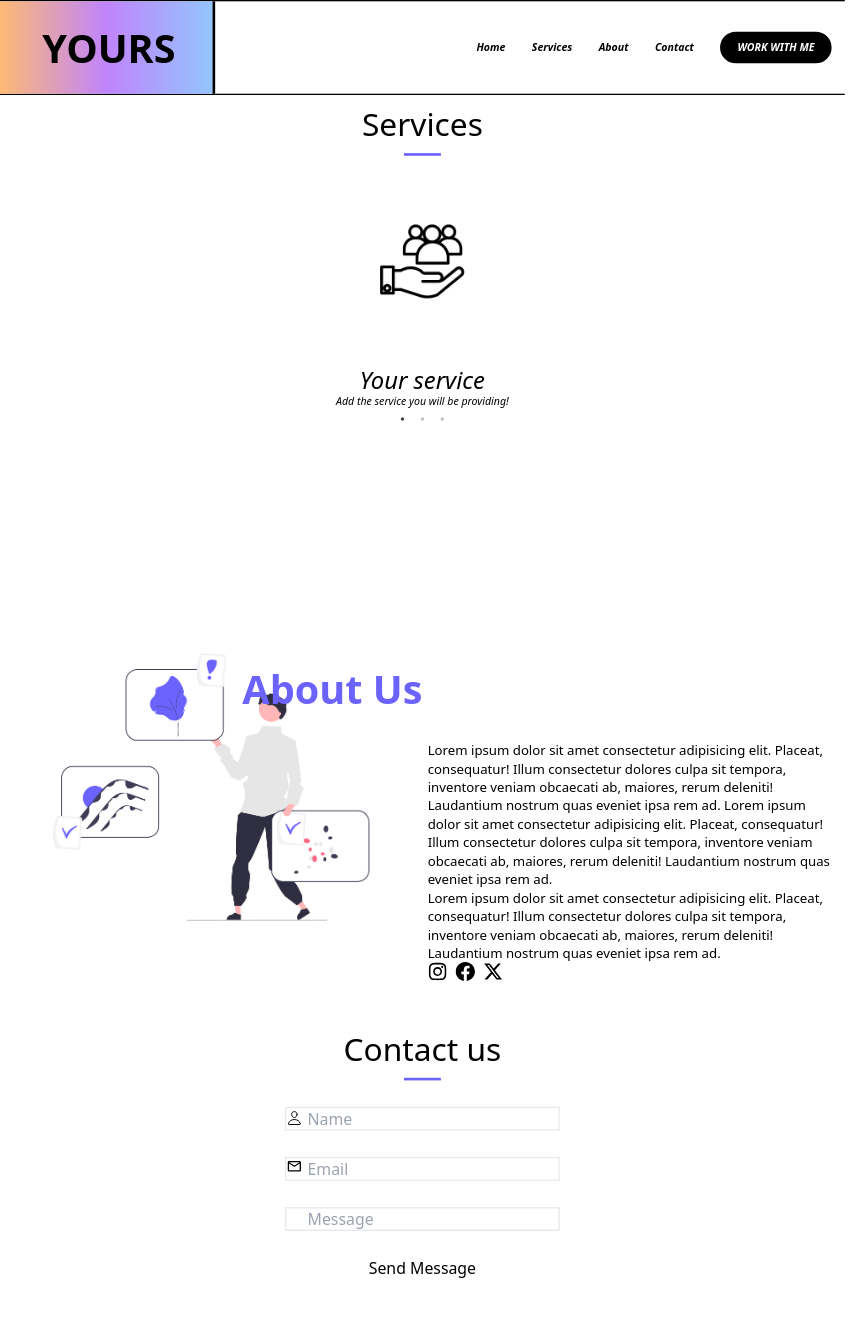
Repository: Al123Kudayyd/eportfolio
Page: /
These files come from the project's save history. The page is drawn as it stood at one moment and after the next save; the edit follows.
The browser window is 1280 px wide. The page is 1305 px wide, so the pictures cover 1305 px, including what lies to the right of the window. The pictures show the whole page, at 66% of full size.
The project was rebuilt for these pictures with package versions that can differ from the ones it lists, and the page was loaded fresh each time. Also part of the build but not shown: src/components/AboutService.jsx.

Above is the page before, as saved 2024-02-27 11:09:28.

After the next save:
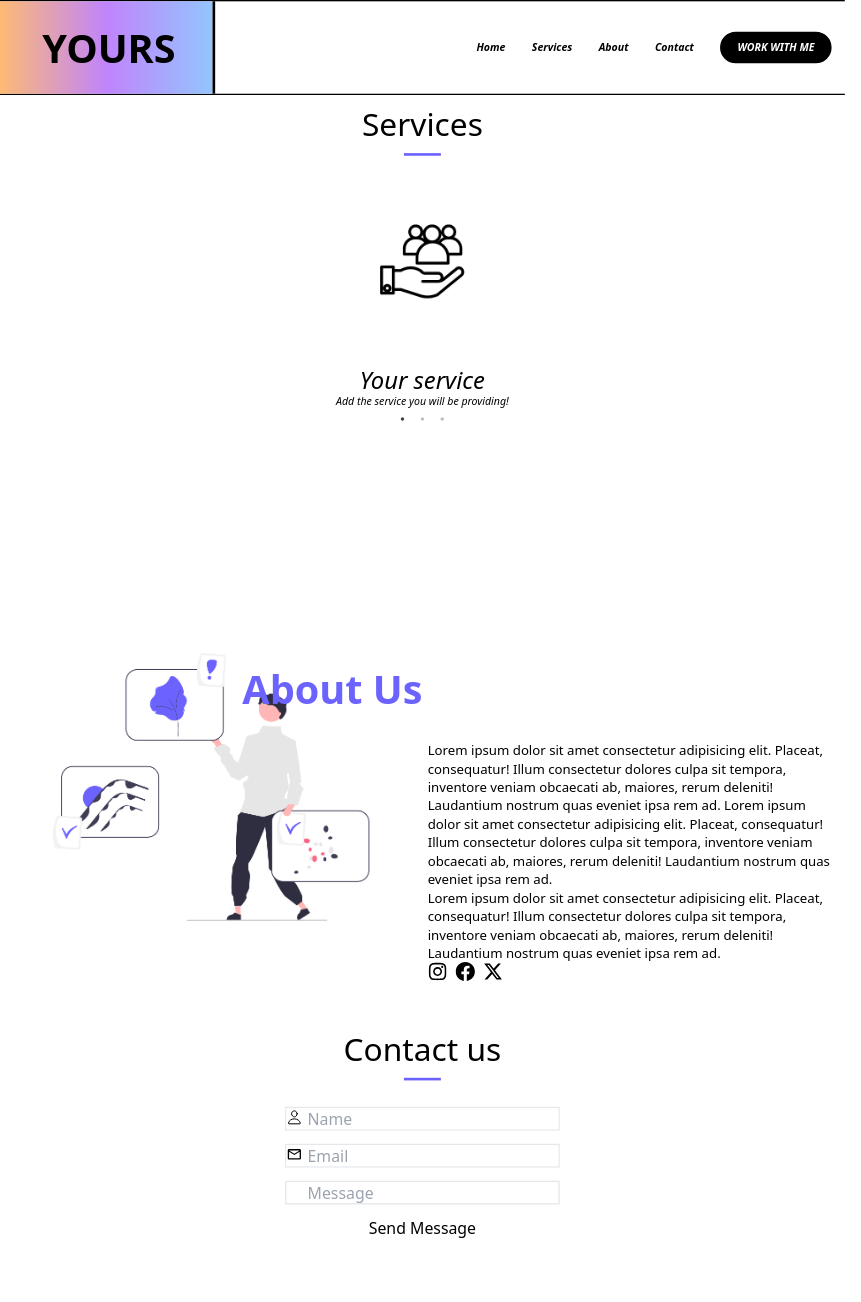
Saved 7 s later.
--- a/src/components/Contact.jsx
+++ b/src/components/Contact.jsx
@@ -8,7 +8,7 @@ function Contact() {
         <h1 className='text-5xl py-5'>Contact us</h1>
         <div className='h-1 flex justify-center m-auto w-14 bg-[#6C63FF] text-center'></div>
         <div className='my-10'>
-            <form className='flex flex-col items-center relative text-2xl space-y-10'>
+            <form className='flex flex-col items-center relative text-2xl space-y-5'>
                 <div className='realtive border-2'>
                     <input type="text" placeholder='Name' className='px-8' />
                     <IoPersonOutline className='absolute top-[2%]' />
